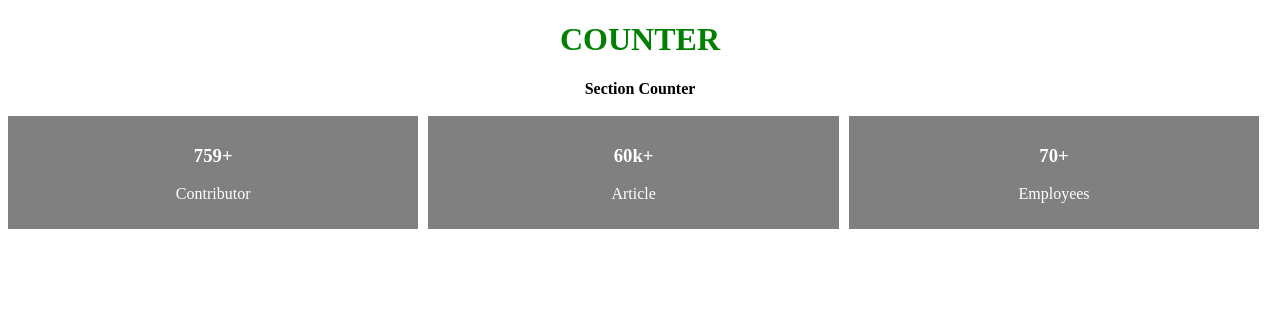
Repository: Seryozha02/Calculator
Page: calculator.html
These files come from the project's save history. The page is drawn as it stood at one moment and after the next save; the edit follows.
The browser window is 1280 px wide. The pictures show the whole page.

Above is the page before, as saved 2022-02-14 16:54:25.

After the next save:
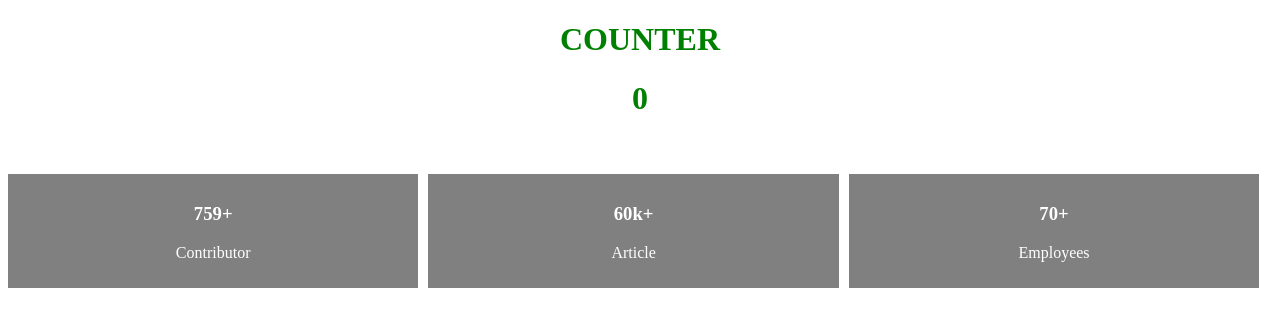
Saved 14 s later.
--- a/calculator.html
+++ b/calculator.html
@@ -11,7 +11,7 @@
 
 <body>
     <h1>COUNTER</h1>
-    <strong>Section Counter</strong>
+    <strong><H1>0</H1></strong>
     <br><br>
     <div class="row">
         <div class="column">
